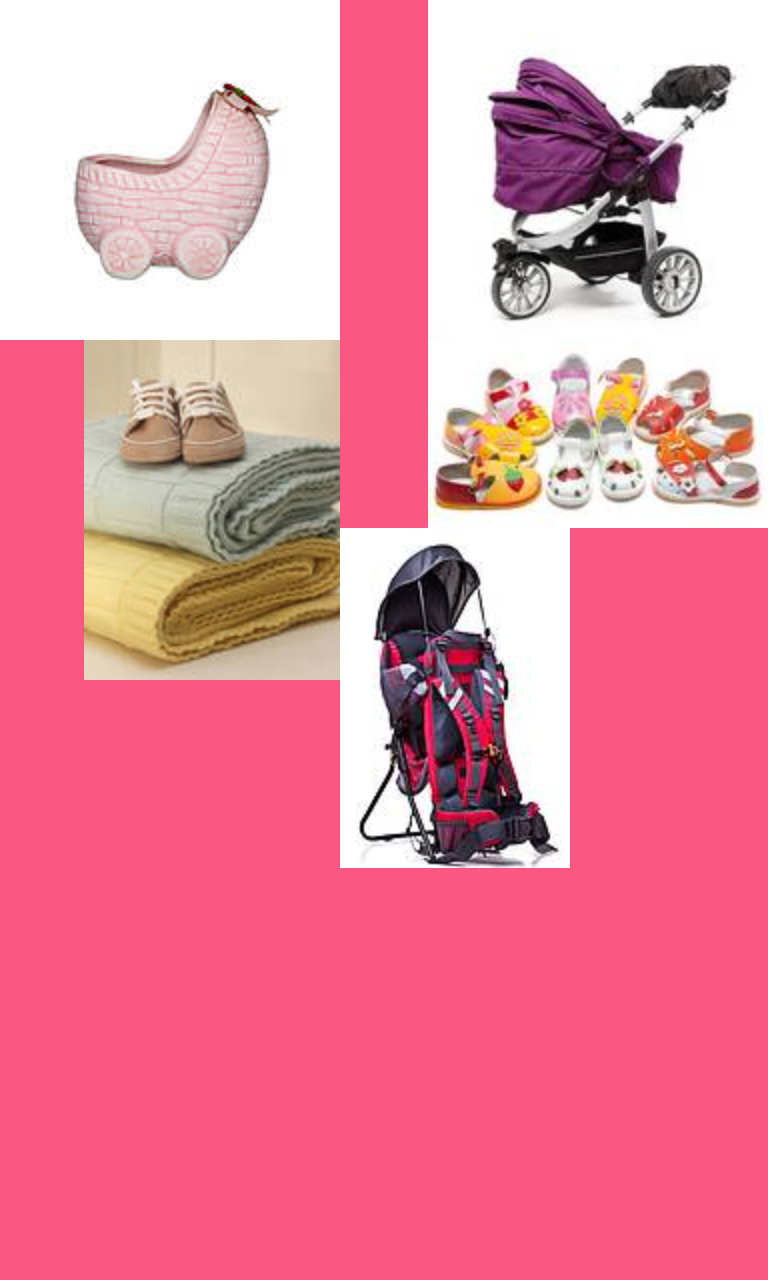
Repository: Clarenaliaka/code-challenge
Layout: ModernMum/res/layout/advert.xml
An editor plug-in stored every save of this project. The layout is shown before and after the next save, followed by the edit.
It is drawn on a 768 x 1280 px phone screen (xhdpi) without system bars, with theme AppTheme; the app's code is not run.

Above is the layout before, as saved 2014-08-01 16:15:20.

### ModernMum/res/layout/advert.xml
<?xml version="1.0" encoding="utf-8"?>
<RelativeLayout xmlns:android="http://schemas.android.com/apk/res/android"
    android:layout_width="match_parent"
    android:layout_height="fill_parent"
    android:background="@color/pink"
    android:orientation="vertical" >

    <ImageButton
        android:id="@+id/ibstroller"
        android:layout_width="wrap_content"
        android:layout_height="wrap_content"
        android:layout_alignParentLeft="true"
        android:layout_alignParentTop="true"
        android:background="@null"
        android:src="@drawable/co" />

    <ImageButton
        android:id="@+id/ibbaby"
        android:layout_width="wrap_content"
        android:layout_height="wrap_content"
        android:layout_alignParentRight="true"
        android:layout_alignParentTop="true"
        android:background="@null"
        android:src="@drawable/baby" />

    <ImageButton
        android:id="@+id/ibnipo"
        android:layout_width="wrap_content"
        android:layout_height="wrap_content"
        android:layout_below="@+id/ibstroller"
        android:layout_toLeftOf="@+id/ibca"
        android:background="@null"
        android:src="@drawable/clo" />

     <ImageButton
         android:id="@+id/ibca"
         android:layout_width="wrap_content"
         android:layout_height="wrap_content"
         android:layout_below="@+id/ibsa"
         android:layout_toRightOf="@+id/ibstroller"
         android:background="@null"
         android:src="@drawable/ca" />

     <ImageButton
         android:id="@+id/ibsa"
         android:layout_width="wrap_content"
         android:layout_height="wrap_content"
         android:layout_alignParentRight="true"
         android:layout_below="@+id/ibstroller"
         android:background="@null"
         android:src="@drawable/sa" />

</RelativeLayout>

### ModernMum/res/values/color.xml
<?xml version="1.0" encoding="utf-8"?>
<resources>
    <color name="green">#660</color>
<color name="white">#FFFFFF</color>
<color name="black">#000000</color>
<color name="red">#FA5858</color>
<color name="brown">#2A120A</color>
<color name="grew">#151515</color>
<color name="blue">#4E3B6F</color>
<color name="purple">#AA18A3</color>
<color name="darkbrown">#AA4B18</color>
<color name="orange">#ff6633</color>
<color name="lightpink">#FFB6C1</color>
<color name="pink">#FA5882</color>
</resources>

### ModernMum/res/values/strings.xml
<?xml version="1.0" encoding="utf-8"?>
<resources>

    <string name="app_name">ModernMum</string>
    <string name="btnregister">Register</string>
    <string name="action_settings">Settings</string>
    <string name="btnlogin">Login</string>
    <string name="first">First Name</string>
    <string name="last">Last Name</string>
    <string name="email">Email Address</string>
    <string name="Password">Password</string>
    <string name="phone">Phone Number</string>
    <string name="loce">Location</string>
    <string name="title_activity_register_screen">RegisterScreenActivity</string>
    <string name="hello_world">Hello world!</string>
    <string name="title_activity_login_screen">LoginScreenActivity</string>
    <string name="btnsubmit">Submit</string>
    <string name="btnback">back</string>
    <string name="des">Enter Message</string>
    <string name="stroller">Baby Strollers</string>
    <string name="nipo">Baby Nipple</string>
    <string name="diaper">Diapers</string>

    <string-array name="modern">
        <item>location</item>
        <item>Westlands</item>
        <item>Ngong road</item>
        <item>Loresho</item>
        <item>Kasarani</item>
        <item>Karen</item>
        <item>langata</item>
        <item>Mt.View</item>
        <item>Uthiru</item>
        <item>Parklands</item>
        <item>Upper Hill</item>
        <item>Nairobi West</item>
        <item>South B</item>
        <item>South C</item>
    </string-array>

    <string name="title_activity_advert_screen">AdvertScreenActivity</string>
    <string name="baby">Baby Products</string>
    <string name="title_activity_home_screen">HomeScreenActivity</string>
    <string name="btnadvert">Advertise</string>
    <string name="btnchat">Chat</string>
    <string name="btntips">Tips</string>
    <string name="btnbuy">Buy</string>
    <string name="title_activity_chat">ChatActivity</string>
    <string name="title_activity_contact_screen">ContactScreenActivity</string>

</resources>

Loaded but not shown: ModernMum/res/values/styles.xml (common file); ModernMum/res/values-v11/styles.xml (common file); ModernMum/res/values-v14/styles.xml (common file)

After the next save:
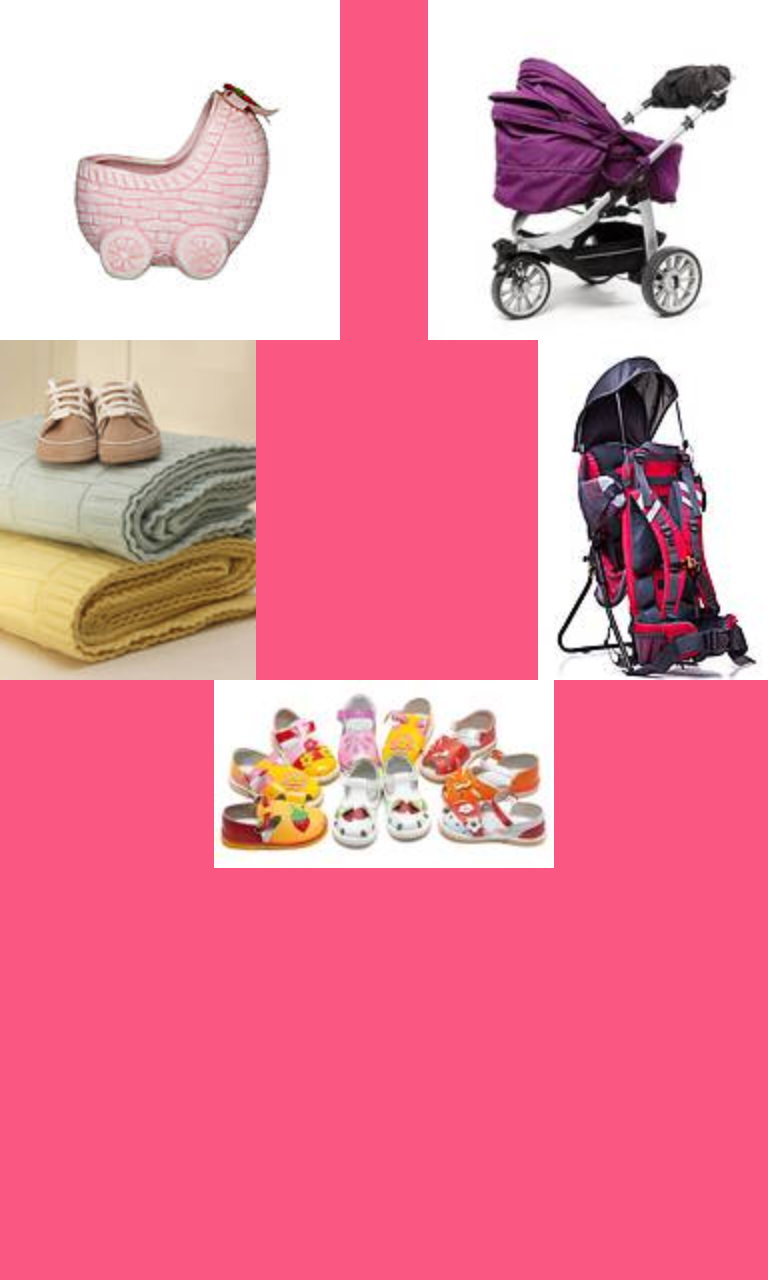
Saved 18 min 56 s later.
--- a/ModernMum/res/layout/advert.xml
+++ b/ModernMum/res/layout/advert.xml
@@ -23,31 +23,32 @@
         android:background="@null"
         android:src="@drawable/baby" />
 
-    <ImageButton
-        android:id="@+id/ibnipo"
-        android:layout_width="wrap_content"
-        android:layout_height="wrap_content"
-        android:layout_below="@+id/ibstroller"
-        android:layout_toLeftOf="@+id/ibca"
-        android:background="@null"
-        android:src="@drawable/clo" />
+     <ImageButton
+         android:id="@+id/ibnipo"
+         android:layout_width="wrap_content"
+         android:layout_height="wrap_content"
+         android:layout_alignParentLeft="true"
+         android:layout_below="@+id/ibstroller"
+         android:background="@null"
+         android:src="@drawable/clo"
+         />
+
+     <ImageButton
+         android:id="@+id/ibsa"
+         android:layout_width="wrap_content"
+         android:layout_height="wrap_content"
+         android:layout_below="@+id/ibnipo"
+         android:layout_centerHorizontal="true"
+         android:background="@null"
+         android:src="@drawable/sa" />
 
      <ImageButton
          android:id="@+id/ibca"
          android:layout_width="wrap_content"
          android:layout_height="wrap_content"
-         android:layout_below="@+id/ibsa"
-         android:layout_toRightOf="@+id/ibstroller"
+         android:layout_alignParentRight="true"
+         android:layout_below="@+id/ibbaby"
          android:background="@null"
          android:src="@drawable/ca" />
 
-     <ImageButton
-         android:id="@+id/ibsa"
-         android:layout_width="wrap_content"
-         android:layout_height="wrap_content"
-         android:layout_alignParentRight="true"
-         android:layout_below="@+id/ibstroller"
-         android:background="@null"
-         android:src="@drawable/sa" />
-
 </RelativeLayout>
